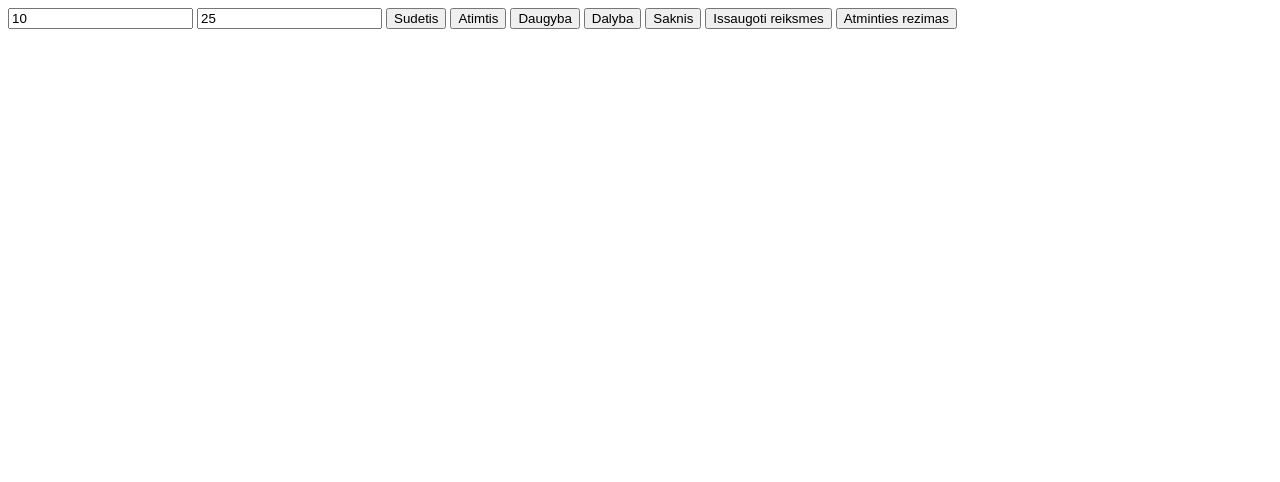
Repository: motiejus1/25-paskaita-05.31
Page: index.html
The author's editor kept a copy of each file at every save. The page is drawn from the files as they stood at one save, then again after a run of saves.
The browser window is 1280 px wide. The pictures show the whole page.

Above is the page before, as saved 2021-07-13 19:29:29.

### index.html
<!DOCTYPE html>
<html lang="en">
<head>
    <meta charset="UTF-8">
    <meta http-equiv="X-UA-Compatible" content="IE=edge">
    <meta name="viewport" content="width=device-width, initial-scale=1.0">
    <title>25 paskaita</title>
</head>
<body>

    <input type="text" id="sk" name="sk" value="10">
    <input type="text" id="sk1" name="sk1" value="25">

    <button id="sudetis">Sudetis</button>
    <button id="atimtis">Atimtis</button>
    <button id="daugyba">Daugyba</button>
    <button id="dalyba">Dalyba</button>
    <button id="saknis">Saknis</button>
    <button id="issaugok">Issaugoti reiksmes</button>
    <button id="atmintis">Atminties rezimas</button>

    <div id="rezultatas">

    </div>

    <script>
    "use strict";

    //Skaiciuotuvas, kuris gali atimti, sudeti, sudauginti, padalinti, istraukti sakni
    // Jis turi atminti
    //Ka daryti norint atlikti veiksma ne su ivestais skaiciais, o esanciais atmintyje?

    //Susikurti naujus metodus: sudetis -> sudetisAtmintis

    // rezimas.
    // rezimas reiksmes gali buti tiesa arba melas
    // jeigu tiesa - skaiciuotuvas veikia iprastai
    // jeigu melas - skaiciuotuvas ima reiksmes is atminties

    //Susikurti objekta

    var skaiciuotuvas = {
        a: 0, //paimti is input
        b: 0, //paimti is input
        rezultatas: 0,
        rezimas: true,

        sudetis: function(sk, sk1) {
            if(this.rezimas == true) {
                this.rezultatas = sk + sk1;
            } else {
                this.rezultatas = this.a + this.b;
            }
            return this.rezultatas;
        },

        sudetisAtmintis: function() {
            this.rezultatas = this.a + this.b;
            return this.rezultatas;
        },

        atimtis: function(sk, sk1) {
            if(this.rezimas == true) {
                this.rezultatas = sk - sk1;
            } else {
                this.rezultatas = this.a - this.b;
            }
            return this.rezultatas;
        },
        sandauga: function(sk, sk1) {
            if(this.rezimas == true) {
                this.rezultatas = sk * sk1;
            } else {
                this.rezultatas = this.a * this.b;
            }
            return this.rezultatas;
        },
        dalyba: function(sk, sk1) {
            if(this.rezimas == true) {
                this.rezultatas = sk / sk1;
            } else {
                this.rezultatas = this.a / this.b;
            }
            return this.rezultatas;
        },
        saknis: function(sk, sk1) {
            if(this.rezimas == true) {
                this.rezultatas = Math.sqrt(sk);
            } else {
                this.rezultatas = Math.sqrt(this.a);
            }
            return this.rezultatas;
        },
        issaugok: function(sk, sk1) {
            this.a = sk;
            this.b = sk1;
        },
        atmintis: function() {
            this.rezimas = !this.rezimas;

            // tiesa -> false
            //false -> tiesa
        }
    };

    document.querySelector("#sudetis").addEventListener("click", function() {
        var sk = parseFloat(document.querySelector("#sk").value);
        var sk1 = parseFloat(document.querySelector("#sk1").value);
        var isvedimoElementas = document.querySelector("#rezultatas");
        isvedimoElementas.innerHTML = skaiciuotuvas.sudetis(sk, sk1);
    });

    document.querySelector("#atimtis").addEventListener("click", function() {
        var sk = parseFloat(document.querySelector("#sk").value);
        var sk1 = parseFloat(document.querySelector("#sk1").value);
        var isvedimoElementas = document.querySelector("#rezultatas");
        isvedimoElementas.innerHTML = skaiciuotuvas.atimtis(sk, sk1);
    });

    document.querySelector("#daugyba").addEventListener("click", function() {
        var sk = parseFloat(document.querySelector("#sk").value);
        var sk1 = parseFloat(document.querySelector("#sk1").value);
        var isvedimoElementas = document.querySelector("#rezultatas");
        isvedimoElementas.innerHTML = skaiciuotuvas.sandauga(sk, sk1);
    });

    document.querySelector("#dalyba").addEventListener("click", function() {
        var sk = parseFloat(document.querySelector("#sk").value);
        var sk1 = parseFloat(document.querySelector("#sk1").value);
        var isvedimoElementas = document.querySelector("#rezultatas");
        isvedimoElementas.innerHTML = skaiciuotuvas.dalyba(sk, sk1);
    });

    document.querySelector("#saknis").addEventListener("click", function() {
        var sk = parseFloat(document.querySelector("#sk").value);
        var sk1 = parseFloat(document.querySelector("#sk1").value);
        var isvedimoElementas = document.querySelector("#rezultatas");
        isvedimoElementas.innerHTML = skaiciuotuvas.saknis(sk, sk1);
    });

    document.querySelector("#issaugok").addEventListener("click", function() {
        var sk = parseFloat(document.querySelector("#sk").value);
        var sk1 = parseFloat(document.querySelector("#sk1").value);
        skaiciuotuvas.issaugok(sk, sk1);
    });







    // console.log(skaiciuotuvas.sudetis(10, 15));
    // console.log(skaiciuotuvas.atimtis(10, 15));
    // console.log(skaiciuotuvas.sandauga(10, 15));
    // console.log(skaiciuotuvas.dalyba(10, 15));
    // console.log(skaiciuotuvas.saknis(10, 15));

    // console.log(skaiciuotuvas.sudetisAtmintis());// ? 0
    // skaiciuotuvas.issaugok(10, 15);
    // console.log(skaiciuotuvas.sudetisAtmintis()); // ? 25


    // console.log(skaiciuotuvas.a);
    // console.log(skaiciuotuvas.b);

    // console.log(skaiciuotuvas.sudetis(10, 15));// ? 25
    // skaiciuotuvas.issaugok(100, 200);
    // skaiciuotuvas.atmintis();
    // console.log(skaiciuotuvas.sudetis(10, 15));// ? 300 ?
    // skaiciuotuvas.atmintis();
    // console.log(skaiciuotuvas.sudetis(10, 15)); // 25

    </script>
</body>
</html>

After the next 2 saves:
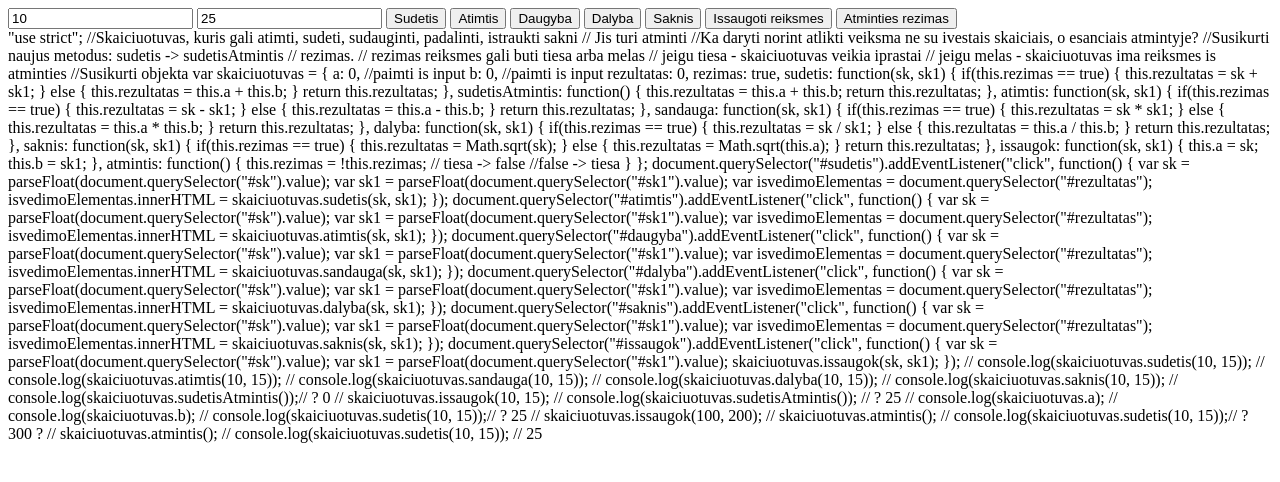
The 2 saves are shown as one change because they came seconds apart.
The last was saved 36 s later.
--- a/index.html
+++ b/index.html
@@ -22,6 +22,8 @@
     <div id="rezultatas">
 
     </div>
+
+    <div id=""
 
     <script>
     "use strict";

After the 2 saves that followed:
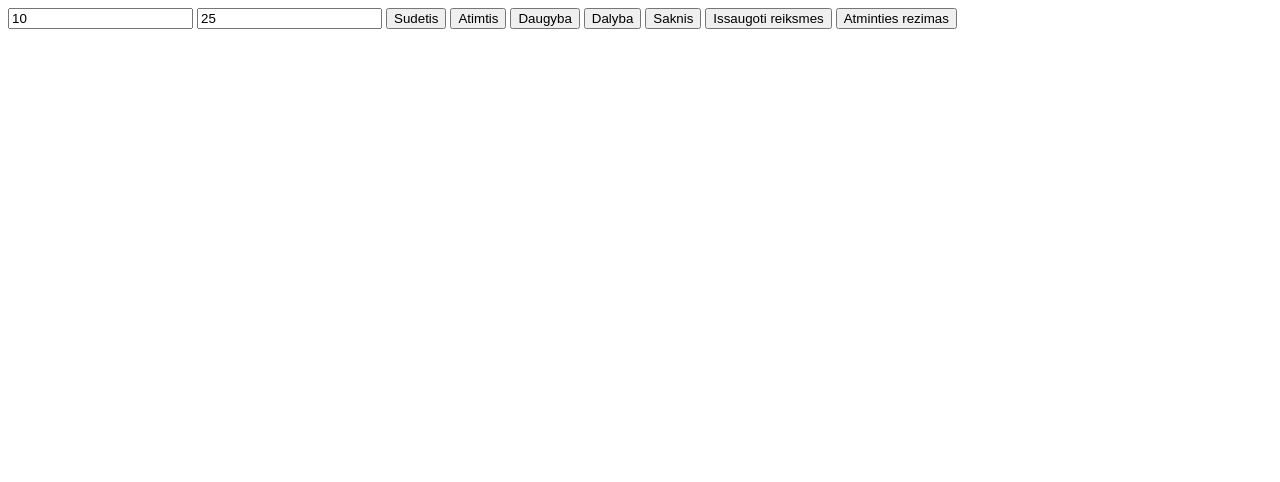
The 2 saves are shown as one change because they came seconds apart.
The last was saved 6 s later.
--- a/index.html
+++ b/index.html
@@ -23,7 +23,9 @@
 
     </div>
 
-    <div id=""
+    <div id="skaiciai-atmintyje">
+
+    </div>
 
     <script>
     "use strict";
